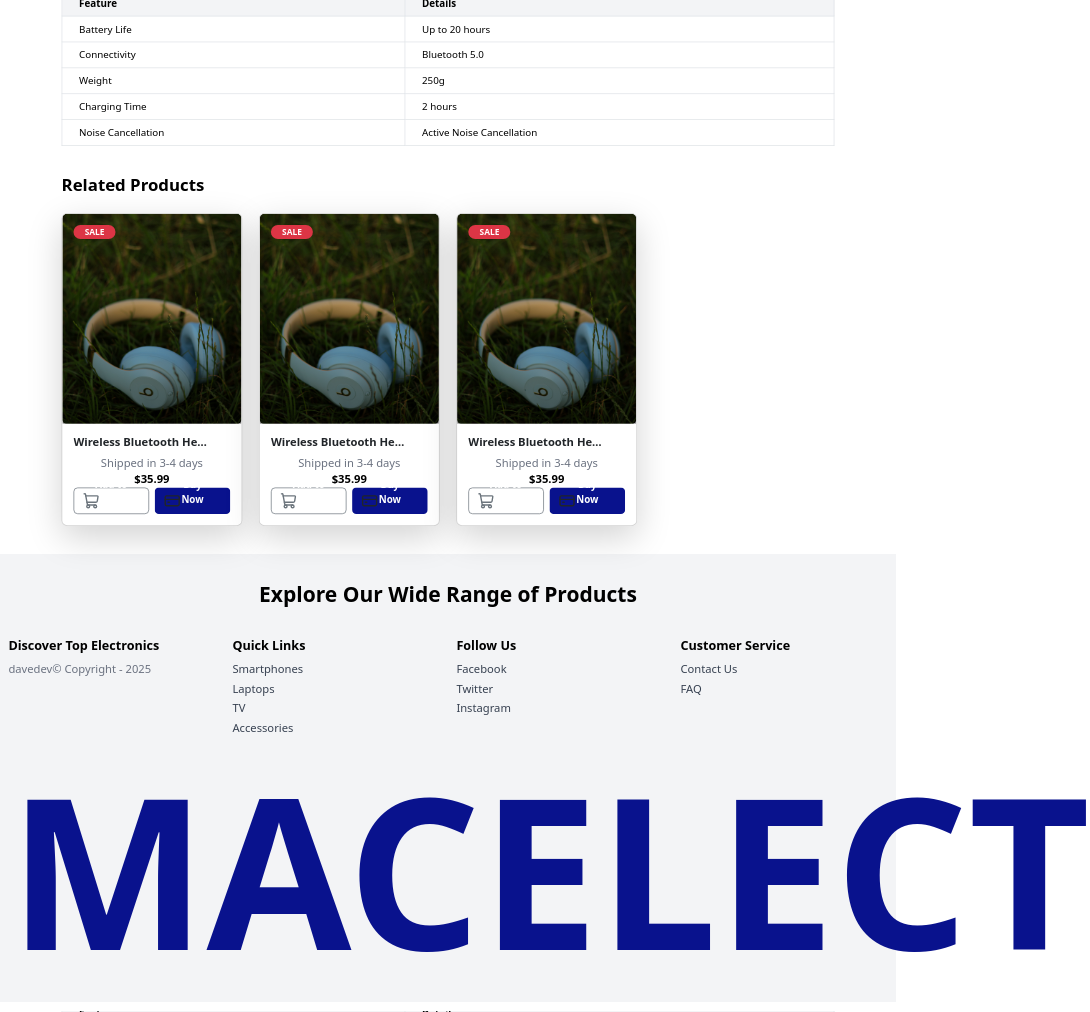
Repository: Davidobi21/macelect
Page: frontend/pages/productpage.html
The author's editor kept a copy of each file at every save. The page is drawn from the files as they stood at one save, then again after the next save.
The browser window is 1280 px wide. The page is 1557 px wide, so the pictures cover 1557 px, including what lies to the right of the window. The pictures show the part of the page from y = 729 to 2329 px (the page is 2174 px tall before and 2329 px after), at 70% of full size.
Some web libraries are served in a nearby version.

Above is the page before, as saved 2025-04-25 08:58:16.

### frontend/pages/productpage.html
<!DOCTYPE html>
<html lang="en">
<head>
  <meta charset="UTF-8">
  <title>Product Page</title>
  <meta name="viewport" content="width=device-width, initial-scale=1">
  <link rel="stylesheet" href="../css/style.css">
  <!-- Tailwind CSS -->
  <script src="https://cdn.jsdelivr.net/npm/lucide@latest/dist/umd/lucide.min.js"></script>
  <link href="https://cdn.jsdelivr.net/npm/bootstrap@5.3.0-alpha1/dist/css/bootstrap.min.css" rel="stylesheet">
  <script src="https://cdn.tailwindcss.com"></script>
  <!-- jQuery -->
  <script src="https://code.jquery.com/jquery-3.6.4.min.js"></script>
  <script src="../js/pjs.js" defer></script>
  <script src="../js/pjss.js" defer></script>
</head>
<body class="bg-white text-black">

  <!-- Back Button -->
  <div class="max-w-6xl mx-auto px-4 py-4">
    <a href="./products.html" class="inline-flex items-center text-sm font-medium text-blue-600 hover:underline">
      <i data-lucide="arrow-left" class="h-5 w-5 mr-1"></i>
      Back to Products
    </a>
  </div>

  <div class="max-w-6xl mx-auto px-4 py-10">
    <div class="grid md:grid-cols-2 gap-10">

      <!-- Left Section: Product Info -->
      <div>
        <h1 class="text-3xl font-bold mb-2"></h1>
        <p class="product-category text-sm text-gray-600 mb-4"></p>

        <p class="product-price text-2xl font-semibold mb-2"></p>
        <div class="flex items-center mb-4">
          <div class="text-yellow-500 mr-2">
            ★★★★☆
          </div>
          <p class="text-sm text-gray-600">532 reviews</p>
        </div>

        <!-- Color Options -->
        <div class="mb-4">
          <p class="text-sm font-medium mb-1">Color</p>
          <div class="flex space-x-2 color-options"></div>
        </div>

        <!-- Size Dropdown -->
        <div class="mb-4">
          <p class="text-sm font-medium mb-1">Size</p>
          <select class="w-full border border-gray-300 rounded px-4 py-2 text-sm size-dropdown">
            <option value="">Select Size</option>
          </select>
        </div>

        <!-- Quantity -->
        <div class="mb-4">
          <input type="number" value="1" min="1" class="w-20 border border-gray-300 rounded px-4 py-2 text-sm">
        </div>

        <!-- Buttons -->
        <div class="mb-6">
          <button class="w-full bg-[#09128d] text-white py-2 text-sm font-semibold mb-2 hover:bg-[#55555500] text-[#000000] transition">Add to cart</button>
          <button class="w-full border border-gray-400 py-2 text-sm font-semibold hover:bg-gray-100 transition">Buy now</button>
        </div>

        <!-- Details -->
        <div class="border-t pt-4">
          <h2 class="font-semibold text-sm mb-1">Quick Details</h2>
          <p class="text-sm text-gray-700 mb-4 quick-details"></p>

          <h2 class="font-semibold text-sm mb-1 cursor-pointer">Shipping Info</h2>
          <p class="text-sm text-gray-700 shipping-info"></p>
        </div>
      </div>

      <!-- Right Section: Images -->
      <div>
        <div class="w-full h-[400px] bg-gray-100 flex items-center justify-center mb-4">
          <img src="" class="main-product-image w-16 h-16 opacity-50" alt="Main Image">
        </div>

        <!-- Thumbnails -->
        <div class="grid grid-cols-4 gap-2">
          <div class="h-20 bg-gray-100 flex items-center justify-center">
            <img src="" class="thumbnail w-8 h-8 opacity-50" alt="">
          </div>
          <div class="h-20 bg-gray-100 flex items-center justify-center">
            <img src="" class="thumbnail w-8 h-8 opacity-50" alt="">
          </div>
          <div class="h-20 bg-gray-100 flex items-center justify-center">
            <img src="https://via.placeholder.com/50" class="w-8 h-8 opacity-50" alt="Default Thumbnail">
          </div>
          <div class="h-20 bg-gray-100 flex items-center justify-center">
            <img src="https://via.placeholder.com/50" class="w-8 h-8 opacity-50" alt="Default Thumbnail">
          </div>
        </div>
      </div>
    </div>

    <!-- Technical Specifications Table -->
    <div class="mt-10">
      <h2 class="text-2xl font-bold mb-4">Technical Specifications</h2>
      <table class="w-full border border-gray-300 text-sm">
        <thead>
          <tr class="bg-gray-100">
            <th class="border border-gray-300 px-4 py-2 text-left">Feature</th>
            <th class="border border-gray-300 px-4 py-2 text-left">Details</th>
          </tr>
        </thead>
        <tbody>
          <tr>
            <td class="border border-gray-300 px-4 py-2">Battery Life</td>
            <td class="border border-gray-300 px-4 py-2">Up to 20 hours</td>
          </tr>
          <tr>
            <td class="border border-gray-300 px-4 py-2">Connectivity</td>
            <td class="border border-gray-300 px-4 py-2">Bluetooth 5.0</td>
          </tr>
          <tr>
            <td class="border border-gray-300 px-4 py-2">Weight</td>
            <td class="border border-gray-300 px-4 py-2">250g</td>
          </tr>
          <tr>
            <td class="border border-gray-300 px-4 py-2">Charging Time</td>
            <td class="border border-gray-300 px-4 py-2">2 hours</td>
          </tr>
          <tr>
            <td class="border border-gray-300 px-4 py-2">Noise Cancellation</td>
            <td class="border border-gray-300 px-4 py-2">Active Noise Cancellation</td>
          </tr>
        </tbody>
      </table>
    </div>

    <!-- Related Products Section -->
    <div class="mt-10">
      <h2 class="text-2xl font-bold mb-4">Related Products</h2>
      <div class="grid grid-cols-1 sm:grid-cols-2 md:grid-cols-3 lg:grid-cols-4 gap-6">
        <!-- Product Card -->
        <div class="col">
            <div class="card h-100 shadow-lg rounded-lg overflow-hidden position-relative product-card"
            data-name="Wireless Bluetooth Headset"
            data-category="Headphones"
            data-price="35.99">
              <!-- Product Image Swap -->
              <div class="card-img-container position-relative" style="height: 300px;">
                <!-- Main Image -->
                <img src="../images/anna-keibalo-3vdOy66U8KI-unsplash.jpg" class="card-img-top main-img rounded" alt="Wireless Bluetooth Headset" style="height: 100%; object-fit: cover;">

                <!-- Hover Image -->
                <img src="../images/anna-keibalo-zczFCpKyTNc-unsplash.jpg" class="card-img-top hover-img position-absolute top-0 start-0 rounded" alt="Hover Image" style="height: 100%; width: 100%; object-fit: cover;">

                <!-- Optional Gradient Overlay -->
                <div class="overlay position-absolute top-0 bottom-0 start-0 end-0 bg-gradient-to-t from-black opacity-50"></div>
              </div>

              <div class="card-body text-center">
                <h5 class="card-title font-bold text-truncate" style="max-width: 200px;">Wireless Bluetooth Headset</h5>
                <p class="text-gray-500">Shipped in 3-4 days</p>
                <p class="text-black font-bold">$35.99</p>
                <div class="d-flex justify-content-between">
                  <button class="btn btn-outline-secondary flex-grow-1 me-2 position-relative">
                    <i data-lucide="shopping-cart" class="lucide"></i>
                    <span class="btn-label">Add to Cart</span>
                  </button>
                  <button class="btn bg-[#09128d] flex-grow-1 position-relative">
                    <i data-lucide="credit-card" class="lucide"></i>
                    <span class="btn-label">Buy Now</span>
                  </button>
                </div>
              </div>

              <!-- Sale Badge -->
              <div class="badge position-absolute top-0 start-0 m-3 bg-danger text-white rounded-pill px-3 py-1">SALE</div>
            </div>
          </div>
        <!-- Product Card -->
        <div class="col">
            <div class="card h-100 shadow-lg rounded-lg overflow-hidden position-relative product-card"
            data-name="Wireless Bluetooth Headset"
            data-category="Headphones"
            data-price="35.99">
              <!-- Product Image Swap -->
              <div class="card-img-container position-relative" style="height: 300px;">
                <!-- Main Image -->
                <img src="../images/anna-keibalo-3vdOy66U8KI-unsplash.jpg" class="card-img-top main-img rounded" alt="Wireless Bluetooth Headset" style="height: 100%; object-fit: cover;">

                <!-- Hover Image -->
                <img src="../images/anna-keibalo-zczFCpKyTNc-unsplash.jpg" class="card-img-top hover-img position-absolute top-0 start-0 rounded" alt="Hover Image" style="height: 100%; width: 100%; object-fit: cover;">

                <!-- Optional Gradient Overlay -->
                <div class="overlay position-absolute top-0 bottom-0 start-0 end-0 bg-gradient-to-t from-black opacity-50"></div>
              </div>

              <div class="card-body text-center">
                <h5 class="card-title font-bold text-truncate" style="max-width: 200px;">Wireless Bluetooth Headset</h5>
                <p class="text-gray-500">Shipped in 3-4 days</p>
                <p class="text-black font-bold">$35.99</p>
                <div class="d-flex justify-content-between">
                  <button class="btn btn-outline-secondary flex-grow-1 me-2 position-relative">
                    <i data-lucide="shopping-cart" class="lucide"></i>
                    <span class="btn-label">Add to Cart</span>
                  </button>
                  <button class="btn bg-[#09128d] flex-grow-1 position-relative">
                    <i data-lucide="credit-card" class="lucide"></i>
                    <span class="btn-label">Buy Now</span>
                  </button>
                </div>
              </div>

              <!-- Sale Badge -->
              <div class="badge position-absolute top-0 start-0 m-3 bg-danger text-white rounded-pill px-3 py-1">SALE</div>
            </div>
          </div>
        <!-- Product Card -->
        <div class="col">
            <div class="card h-100 shadow-lg rounded-lg overflow-hidden position-relative product-card"
            data-name="Wireless Bluetooth Headset"
            data-category="Headphones"
            data-price="35.99">
              <!-- Product Image Swap -->
              <div class="card-img-container position-relative" style="height: 300px;">
                <!-- Main Image -->
                <img src="../images/anna-keibalo-3vdOy66U8KI-unsplash.jpg" class="card-img-top main-img rounded" alt="Wireless Bluetooth Headset" style="height: 100%; object-fit: cover;">

                <!-- Hover Image -->
                <img src="../images/anna-keibalo-zczFCpKyTNc-unsplash.jpg" class="card-img-top hover-img position-absolute top-0 start-0 rounded" alt="Hover Image" style="height: 100%; width: 100%; object-fit: cover;">

                <!-- Optional Gradient Overlay -->
                <div class="overlay position-absolute top-0 bottom-0 start-0 end-0 bg-gradient-to-t from-black opacity-50"></div>
              </div>

              <div class="card-body text-center">
                <h5 class="card-title font-bold text-truncate" style="max-width: 200px;">Wireless Bluetooth Headset</h5>
                <p class="text-gray-500">Shipped in 3-4 days</p>
                <p class="text-black font-bold">$35.99</p>
                <div class="d-flex justify-content-between">
                  <button class="btn btn-outline-secondary flex-grow-1 me-2 position-relative">
                    <i data-lucide="shopping-cart" class="lucide"></i>
                    <span class="btn-label">Add to Cart</span>
                  </button>
                  <button class="btn bg-[#09128d] flex-grow-1 position-relative">
                    <i data-lucide="credit-card" class="lucide"></i>
                    <span class="btn-label">Buy Now</span>
                  </button>
                </div>
              </div>

              <!-- Sale Badge -->
              <div class="badge position-absolute top-0 start-0 m-3 bg-danger text-white rounded-pill px-3 py-1">SALE</div>
            </div>
          </div>
        </div>
      </div>
    </div>
  </div>
  <footer>
    <section class="py-10 bg-gray-100">
        <div class="container mx-auto text-center">
          <h2 class="text-3xl font-bold mb-4">Explore Our Wide Range of Products</h2>
          <!-- <a href="#" class="btn btn-dark px-4 py-2 rounded-lg">Shop Now →</a> -->
          <div class="grid grid-cols-4 gap-4 mt-10 text-left">
            <!-- Column 1 -->
            <div>
              <h3 class="font-bold text-lg">Discover Top Electronics</h3>
              <p class="text-gray-500 mt-2">davedev©  Copyright - 2025</p>
            </div>
            <!-- Column 2 -->
            <div>
              <h3 class="font-bold text-lg">Quick Links</h3>
              <ul class="mt-2 space-y-1">
                <li><a href="#" class="text-gray-700 hover:underline">Smartphones</a></li>
                <li><a href="#" class="text-gray-700 hover:underline">Laptops</a></li>
                <li><a href="#" class="text-gray-700 hover:underline">TV</a></li>
                <li><a href="#" class="text-gray-700 hover:underline">Accessories</a></li>
              </ul>
            </div>
            <!-- Column 3 -->
            <div>
              <h3 class="font-bold text-lg">Follow Us</h3>
              <ul class="mt-2 space-y-1">
                <li><a href="#" class="text-gray-700 hover:underline">Facebook</a></li>
                <li><a href="#" class="text-gray-700 hover:underline">Twitter</a></li>
                <li><a href="#" class="text-gray-700 hover:underline">Instagram</a></li>
              </ul>
            </div>
            <!-- Column 4 -->
            <div>
              <h3 class="font-bold text-lg">Customer Service</h3>
              <ul class="mt-2 space-y-1">
                <li><a href="#" class="text-gray-700 hover:underline">Contact Us</a></li>
                <li><a href="#" class="text-gray-700 hover:underline">FAQ</a></li>
              </ul>
            </div>
          </div>
          <h1 class=" text-[#09128d] text-[60px] sm:text-[100px] md:text-[180px] lg:text-[250px] xl:text-[300px] font-bold mt-10 text-center leading-none">
            MACELECT
          </h1>

        </div>
      </section>
  </footer>
  <script src="https://cdn.jsdelivr.net/npm/bootstrap@5.3.0-alpha1/dist/js/bootstrap.bundle.min.js"></script>
  <script>
    document.addEventListener("DOMContentLoaded", async () => {
        const urlParams = new URLSearchParams(window.location.search);
        const productId = urlParams.get("id");

        if (!productId) {
            console.error("Product ID not found in the URL.");
            return;
        }

        try {
            const response = await fetch(`http://localhost:5000/api/products/${productId}`);
            const product = await response.json();

            // Update product details
            document.querySelector("h1").textContent = product.name;
            document.querySelector(".product-category").textContent = product.category;
            document.querySelector(".product-price").textContent = `$${product.price}`;
            document.querySelector(".quick-details").textContent = product.quickDetails;
            document.querySelector(".shipping-info").textContent = product.shippingInfo || "N/A";

            // Update main image and thumbnails
            const mainImage = product.images?.[0] ? `http://localhost:5000${product.images[0]}` : "../images/default-main.jpg";
            const hoverImage = product.images?.[1] ? `http://localhost:5000${product.images[1]}` : mainImage;
            document.querySelector(".main-product-image").src = mainImage;

            const thumbnails = document.querySelectorAll(".thumbnail");
            thumbnails[0].src = mainImage;
            if (thumbnails[1]) thumbnails[1].src = hoverImage;

            // Update color options
            const colorContainer = document.querySelector(".color-options");
            colorContainer.innerHTML = product.color.map(color => `
                <button class="px-4 py-2 border border-gray-300 text-sm" style="background-color: ${color};">${color}</button>
            `).join("");

            // Update size options
            const sizeDropdown = document.querySelector(".size-dropdown");
            sizeDropdown.innerHTML = product.size.map(size => `
                <option value="${size}">${size}</option>
            `).join("");

        } catch (err) {
            console.error("Error fetching product details:", err);
            document.body.innerHTML = '<p class="text-danger">Failed to load product details. Please try again later.</p>';
        }
    });
  </script>
</body>
</html>

Loaded but not shown: frontend/js/pjs.js (160 lines, source omitted); frontend/js/pjss.js (58 lines, source omitted); frontend/css/style.css (305 lines, source omitted)

After the next save:
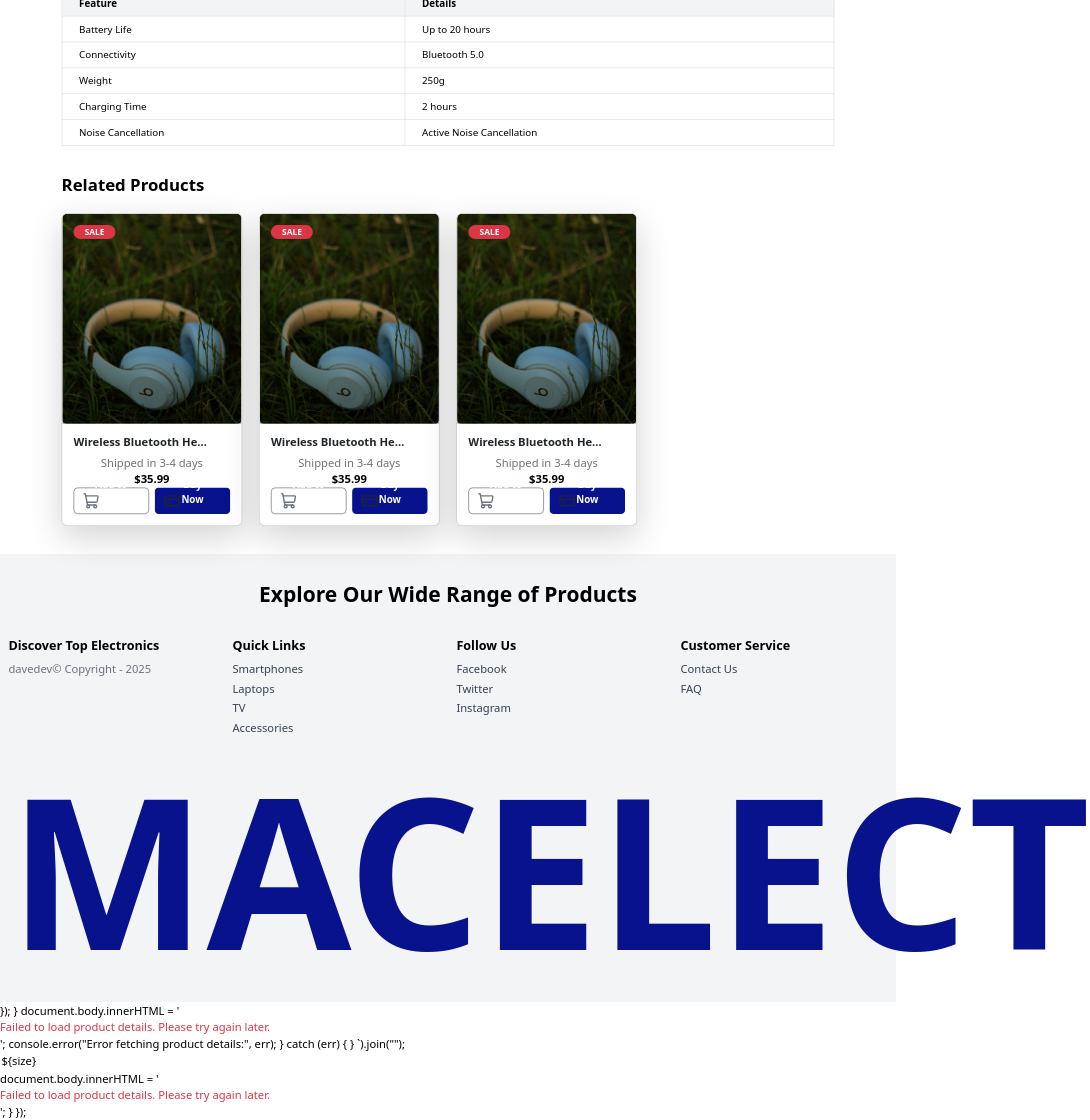
Console error: SyntaxError: Invalid or unexpected token
Saved 40 s later.
--- a/frontend/pages/productpage.html
+++ b/frontend/pages/productpage.html
@@ -317,37 +317,54 @@
             const response = await fetch(`http://localhost:5000/api/products/${productId}`);
             const product = await response.json();
 
-            // Update product details
-            document.querySelector("h1").textContent = product.name;
-            document.querySelector(".product-category").textContent = product.category;
-            document.querySelector(".product-price").textContent = `$${product.price}`;
-            document.querySelector(".quick-details").textContent = product.quickDetails;
-            document.querySelector(".shipping-info").textContent = product.shippingInfo || "N/A";
-
-            // Update main image and thumbnails
-            const mainImage = product.images?.[0] ? `http://localhost:5000${product.images[0]}` : "../images/default-main.jpg";
+            if (document.querySelector("h1")) {
+                document.querySelector("h1").textContent = product.name;
+            }
+            if (document.querySelector(".product-category")) {
+                document.querySelector(".product-category").textContent = product.category;
+            }
+            if (document.querySelector(".product-price")) {            }
+                document.querySelector(".product-price").textContent = `$${product.price}`;t-price")) {
+            }
+            if (document.querySelector(".quick-details")) {
+                document.querySelector(".quick-details").textContent = product.quickDetails || "No details available.";.quickDetails;
+            }            document.querySelector(".shipping-info").textContent = product.shippingInfo || "N/A";
+            if (document.querySelector(".shipping-info")) {
+                document.querySelector(".shipping-info").textContent = product.shippingInfo || "N/A";nails
+            }calhost:5000${product.images[0]}` : "../images/default-main.jpg";
             const hoverImage = product.images?.[1] ? `http://localhost:5000${product.images[1]}` : mainImage;
-            document.querySelector(".main-product-image").src = mainImage;
-
-            const thumbnails = document.querySelectorAll(".thumbnail");
-            thumbnails[0].src = mainImage;
-            if (thumbnails[1]) thumbnails[1].src = hoverImage;
-
-            // Update color options
+            const mainImage = product.images?.[0] ? `http://localhost:5000${product.images[0]}` : "../images/default-main.jpg";".main-product-image").src = mainImage;
+            const hoverImage = product.images?.[1] ? `http://localhost:5000${product.images[1]}` : mainImage;
+            if (document.querySelector(".main-product-image")) {l");lor => `
+                document.querySelector(".main-product-image").src = mainImage;
+            }ls[1]) thumbnails[1].src = hoverImage;
+
+            const thumbnails = document.querySelectorAll(".thumbnail");s
+            if (thumbnails[0]) thumbnails[0].src = mainImage;);
+            if (thumbnails[1]) thumbnails[1].src = hoverImage;=> `ize => `
+ray-300 text-sm" style="background-color: ${color};">${color}</button>
             const colorContainer = document.querySelector(".color-options");
-            colorContainer.innerHTML = product.color.map(color => `
-                <button class="px-4 py-2 border border-gray-300 text-sm" style="background-color: ${color};">${color}</button>
-            `).join("");
-
-            // Update size options
+            if (colorContainer) {
+                colorContainer.innerHTML = (product.color || []).map(color => `ize options
+                    <button class="px-4 py-2 border border-gray-300 text-sm" style="background-color: ${color};">${color}</button>pdown");
+                `).join("");
+            }       <option value="${size}">${size}</option>
+     `).join("");
             const sizeDropdown = document.querySelector(".size-dropdown");
-            sizeDropdown.innerHTML = product.size.map(size => `
-                <option value="${size}">${size}</option>
-            `).join("");
-
-        } catch (err) {
-            console.error("Error fetching product details:", err);
-            document.body.innerHTML = '<p class="text-danger">Failed to load product details. Please try again later.</p>';
+            if (sizeDropdown) { } catch (err) {
+                sizeDropdown.innerHTML = (product.size || []).map(size => `     console.error("Error fetching product details:", err);
+
+
+
+
+
+
+
+
+
+
+
+</html></body>  </script>    });        }            document.body.innerHTML = '<p class="text-danger">Failed to load product details. Please try again later.</p>';            console.error("Error fetching product details:", err);        } catch (err) {            }                `).join("");                    <option value="${size}">${size}</option>            document.body.innerHTML = '<p class="text-danger">Failed to load product details. Please try again later.</p>';
         }
     });
   </script>
